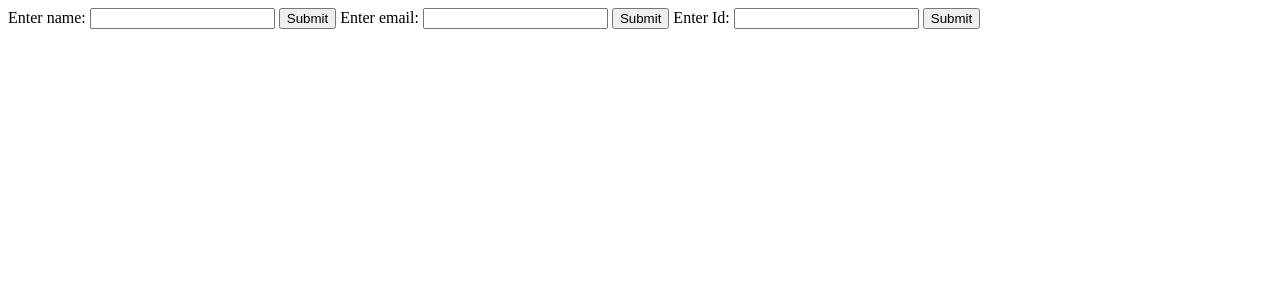
Repository: SanketSShedge/weje2
Page: servlet/src/main/webapp/studentreg.html
The author's editor kept a copy of each file at every save. The page is drawn from the files as they stood at one save, then again after the next save.
The browser window is 1280 px wide. The pictures show the whole page.

Above is the page before, as saved 2022-12-11 07:22:36.

After the next save:
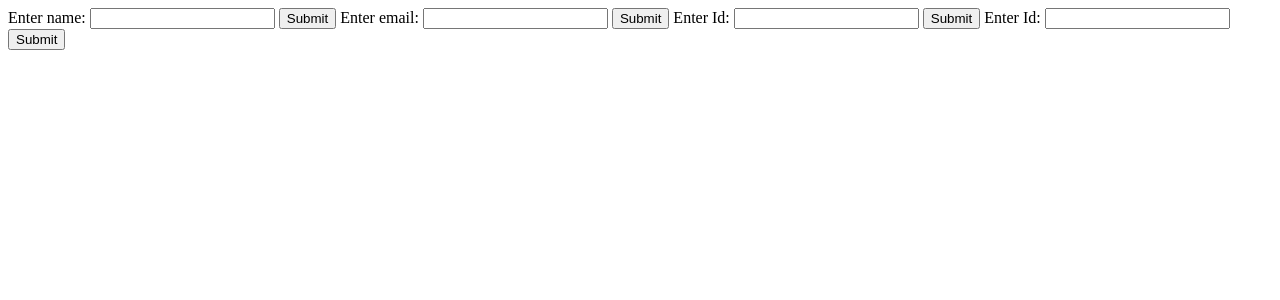
Saved 7 s later.
--- a/servlet/src/main/webapp/studentreg.html
+++ b/servlet/src/main/webapp/studentreg.html
@@ -17,6 +17,10 @@
 	<label>Enter Id:</label>
 	<input type="number" name="number">
 	<input type="Submit" value="Submit">
+
+		<label>Enter Id:</label>
+	<input type="number" name="number">
+	<input type="Submit" value="Submit">
 </form>
 </body>
 </html>
